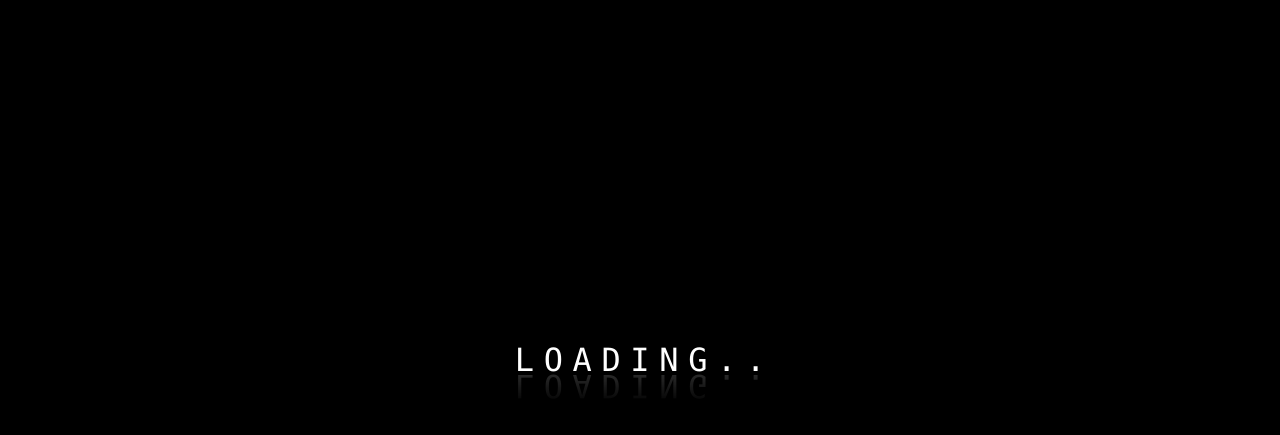
Repository: zjria/loading-text
Page: index.html
An editor plug-in stored every save of this project. The page is shown before and after the next save, followed by the edit.
The browser window is 1280 px wide. The pictures show the whole page.

Above is the page before, as saved 2022-04-19 08:40:01.

### index.html
<!DOCTYPE html>
<html lang="en">
<head>
    <meta charset="UTF-8">
    <meta http-equiv="X-UA-Compatible" content="IE=edge">
    <meta name="viewport" content="width=device-width, initial-scale=1.0">
    <title>Loading Text</title>
    <!-- css Link -->
    <link rel="stylesheet" href="style.css">
</head>
<body>
    <div class="wavy">

        <span style="--i">L</span>
        <span style="--i">o</span>
        <span style="--i">a</span>
        <span style="--i">d</span>
        <span style="--i">i</span>
        <span style="--i">n</span>
        <span style="--i">g</span>
        <span style="--i">.</span>
        <span style="--i">.</span>
</div>
</body>
</html>

### style.css
*{
    margin: 0;
    padding: 0;
    font-family: consolas;
}
body{
    display: flex;
    justify-content: center;
    align-items: center;
    min-height: 100vh;
    background: #000;
}
.wavy{
    position: relative;
    -webkit-box-reflect: below -12px linear-gradient( transparent, rgba(0, 0, 0, 0.2));
}
.wavy span{
    position: relative;
    display: inline-block;
    color: #fff;
    font-size: 2rem;
    text-transform: uppercase;
    animation: animate 1s ease-in-out infinite;
    animation-delay: calc(0.1s * var(--i));
}

@keyframes animate{
    0%{
        transform: translateY(0px);
    }
    20%{
        transform: translateY(-20px);
    }
    40%, 100%{
        transform: translateY(0px);
    }

}

After the next save:
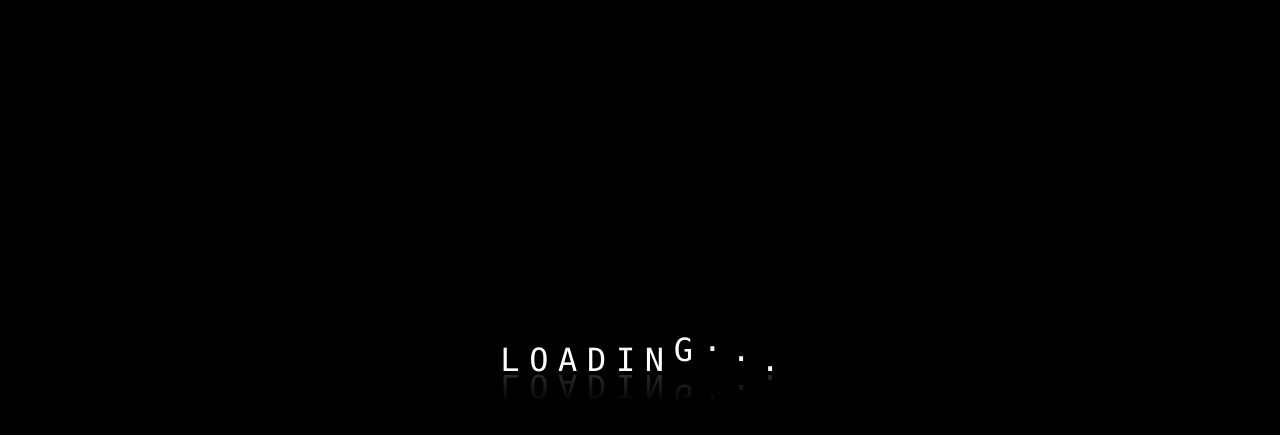
Saved 98 s later.
--- a/index.html
+++ b/index.html
@@ -11,15 +11,16 @@
 <body>
     <div class="wavy">
 
-        <span style="--i">L</span>
-        <span style="--i">o</span>
-        <span style="--i">a</span>
-        <span style="--i">d</span>
-        <span style="--i">i</span>
-        <span style="--i">n</span>
-        <span style="--i">g</span>
-        <span style="--i">.</span>
-        <span style="--i">.</span>
+        <span style="--i:1">L</span>
+        <span style="--i:2">o</span>
+        <span style="--i:3">a</span>
+        <span style="--i:4">d</span>
+        <span style="--i:5">i</span>
+        <span style="--i:6">n</span>
+        <span style="--i:7">g</span>
+        <span style="--i:8">.</span>
+        <span style="--i:9">.</span>
+        <span style="--i:10">.</span>
 </div>
 </body>
 </html>
